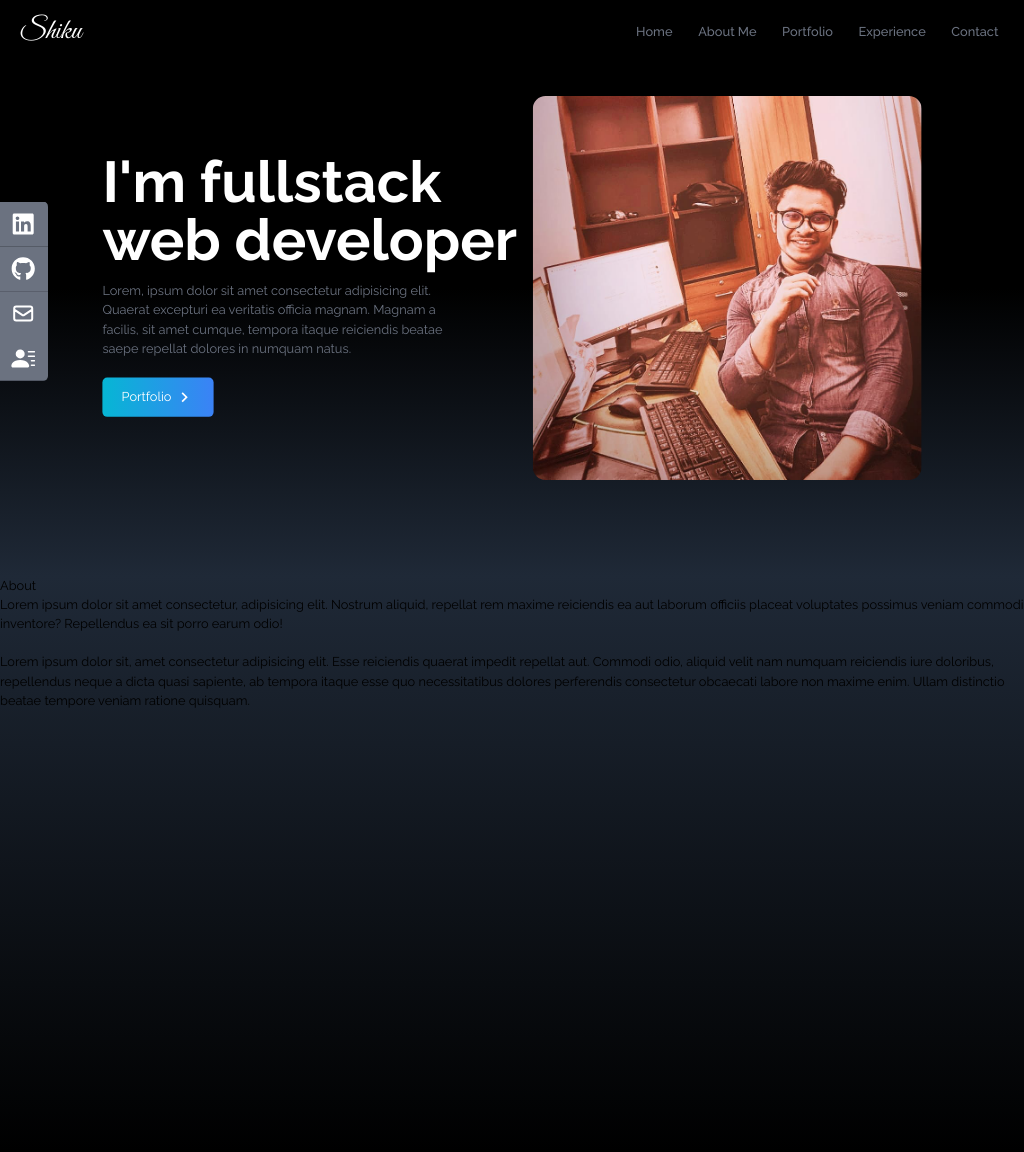
Repository: shikubro90/portfolio2
Page: /
The author's editor kept a copy of each file at every save. The page is drawn from the files as they stood at one save, then again after a run of saves.
The browser window is 1280 px wide. The pictures show the whole page, at 80% of full size.
The project was rebuilt for these pictures with package versions that can differ from the ones it lists, and the page was loaded fresh each time. Imported but missing from the stored project, and not drawn on this page: src/assets/CV.pdf.

Above is the page before, as saved 2022-08-26 13:36:58.

After the next 2 saves:
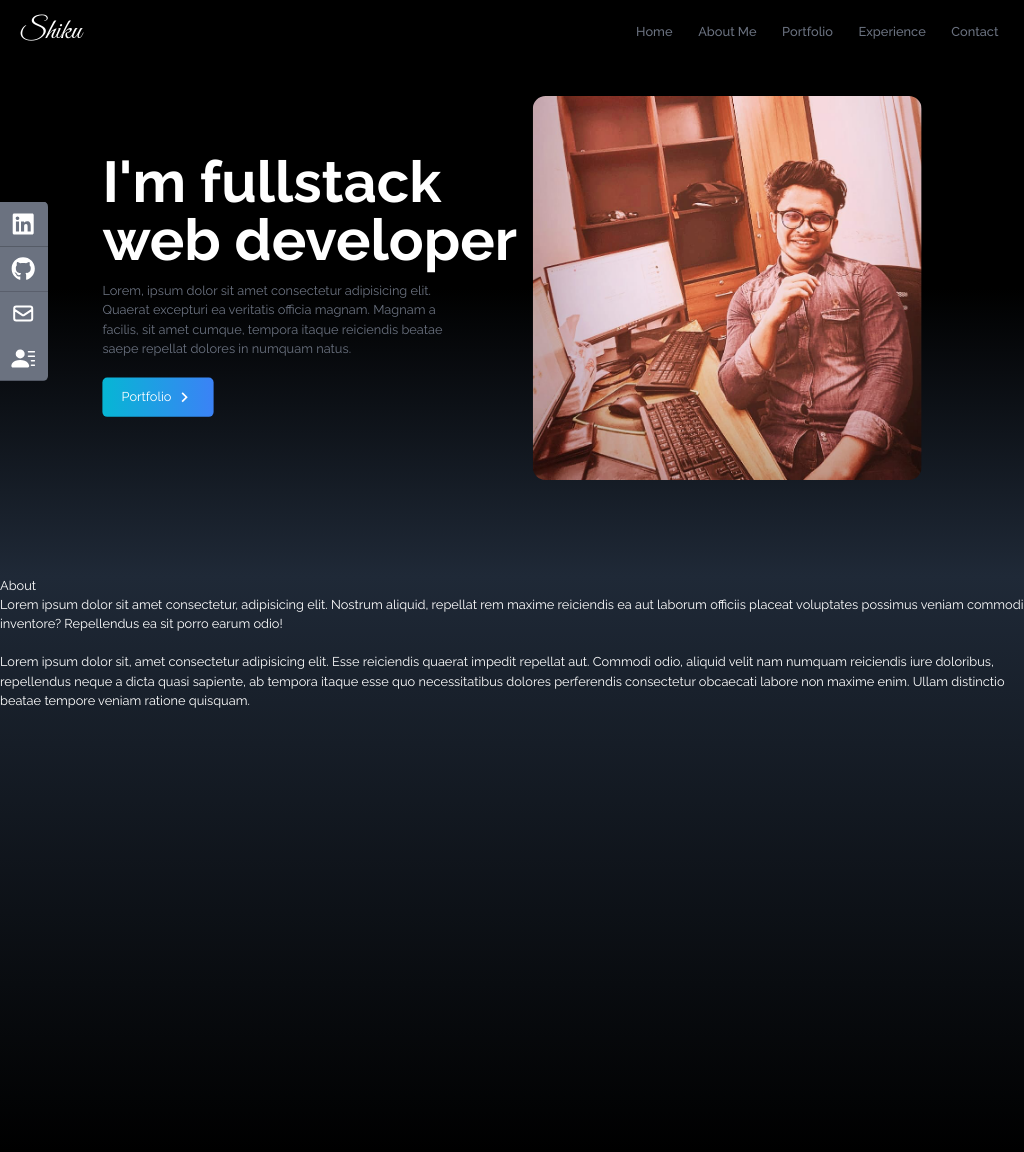
The 2 saves are shown as one change because they came seconds apart.
The last was saved 32 s later.
--- a/src/components/About.jsx
+++ b/src/components/About.jsx
@@ -2,7 +2,7 @@ import React from 'react'
 
 const About = () => {
   return (
-    <div name="about" className='w-full h-screen bg-gradient-to-b from-gray-800 to-black '>
+    <div name="about" className='w-full h-screen bg-gradient-to-b from-gray-800 to-black text-white'>
       <div>
         <p>About</p>
       </div>
